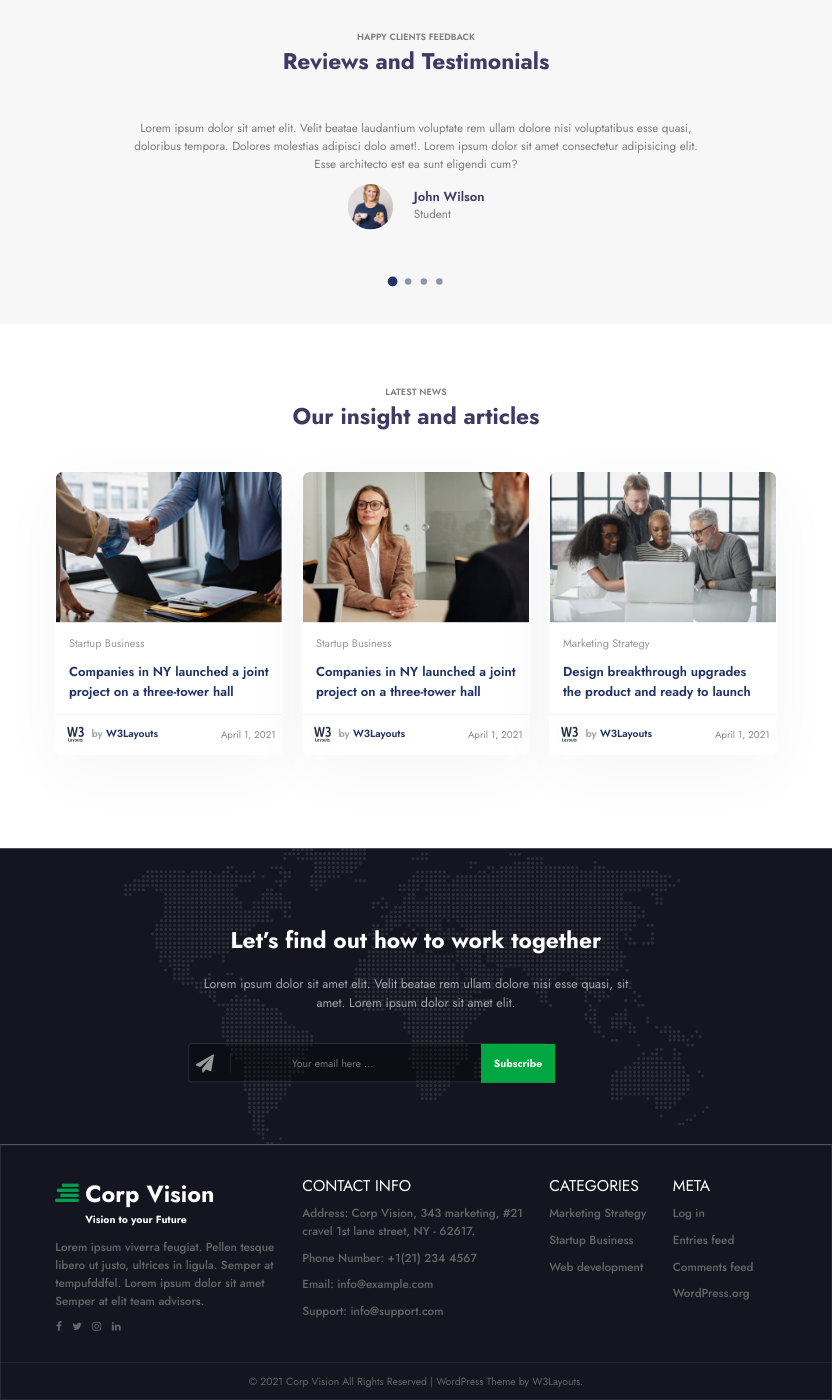
Repository: khaipnp/corpvision
Page: index.html
An editor plug-in stored every save of this project. The page is shown before and after the next save, followed by the edit.
The browser window is 1280 px wide. The pictures show the whole page, at 65% of full size.

Above is the page before, as saved 2021-07-04 17:21:43.

After the next save:
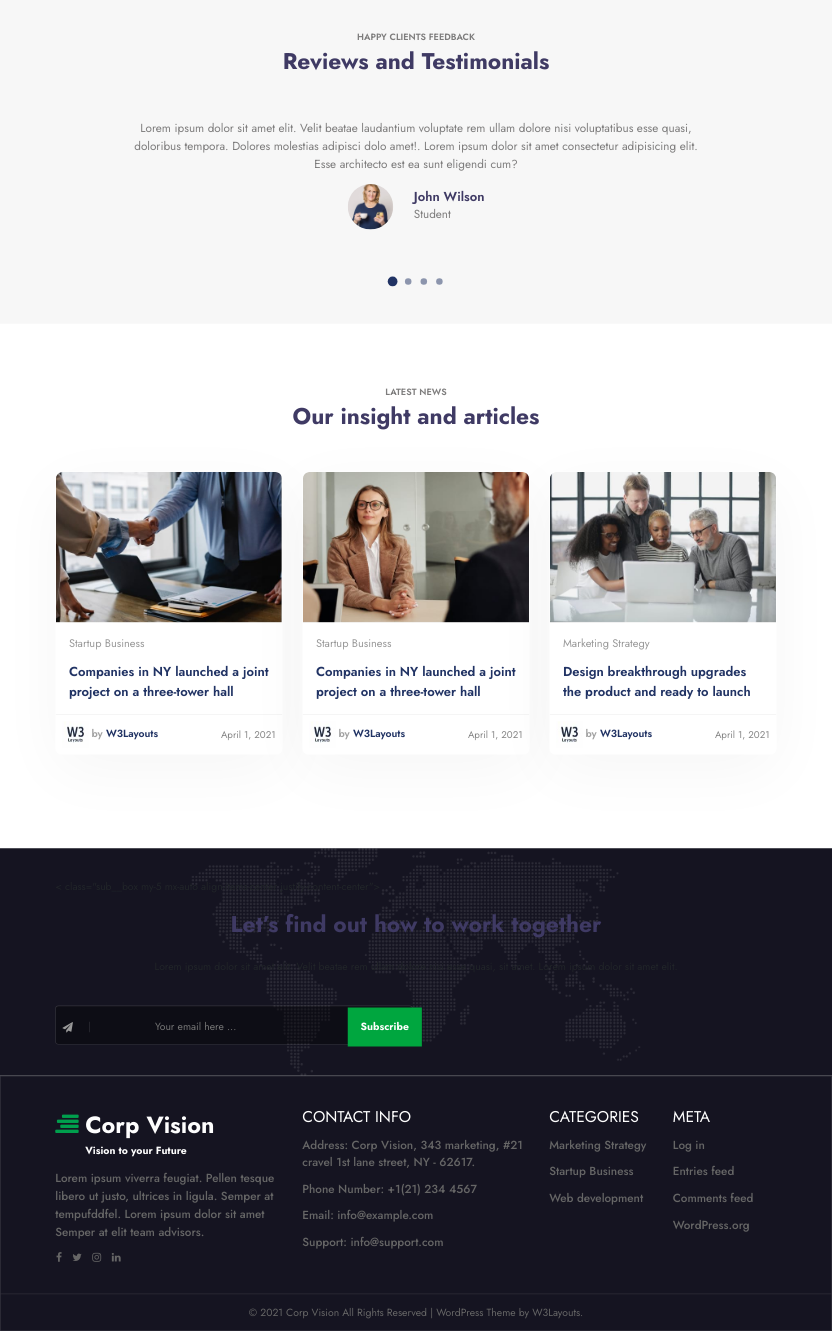
Saved 60 s later.
--- a/index.html
+++ b/index.html
@@ -217,8 +217,8 @@
     </section>
     <div class="subscribe py-5">
       <div class="container">
-        <div class="sub__box my-5 mx-auto align-items-center justify-content-center">
-          <h3 class="big-title py-4 col-12 text-center">Let’s find out how to work together<h3>
+        < class="sub__box my-5 mx-auto align-items-center justify-content-center">
+          <h3 class="big-title py-4 col-12 text-center">Let’s find out how to work together</h3>
           <p class="col-12 text-center">Lorem ipsum dolor sit amet elit. Velit beatae rem ullam dolore nisi esse quasi, sit amet. Lorem ipsum dolor sit amet elit.</p>
           <div class="input__email mt-5">
             <div class="subscribe__box row justify-content-between">

After the save that followed:
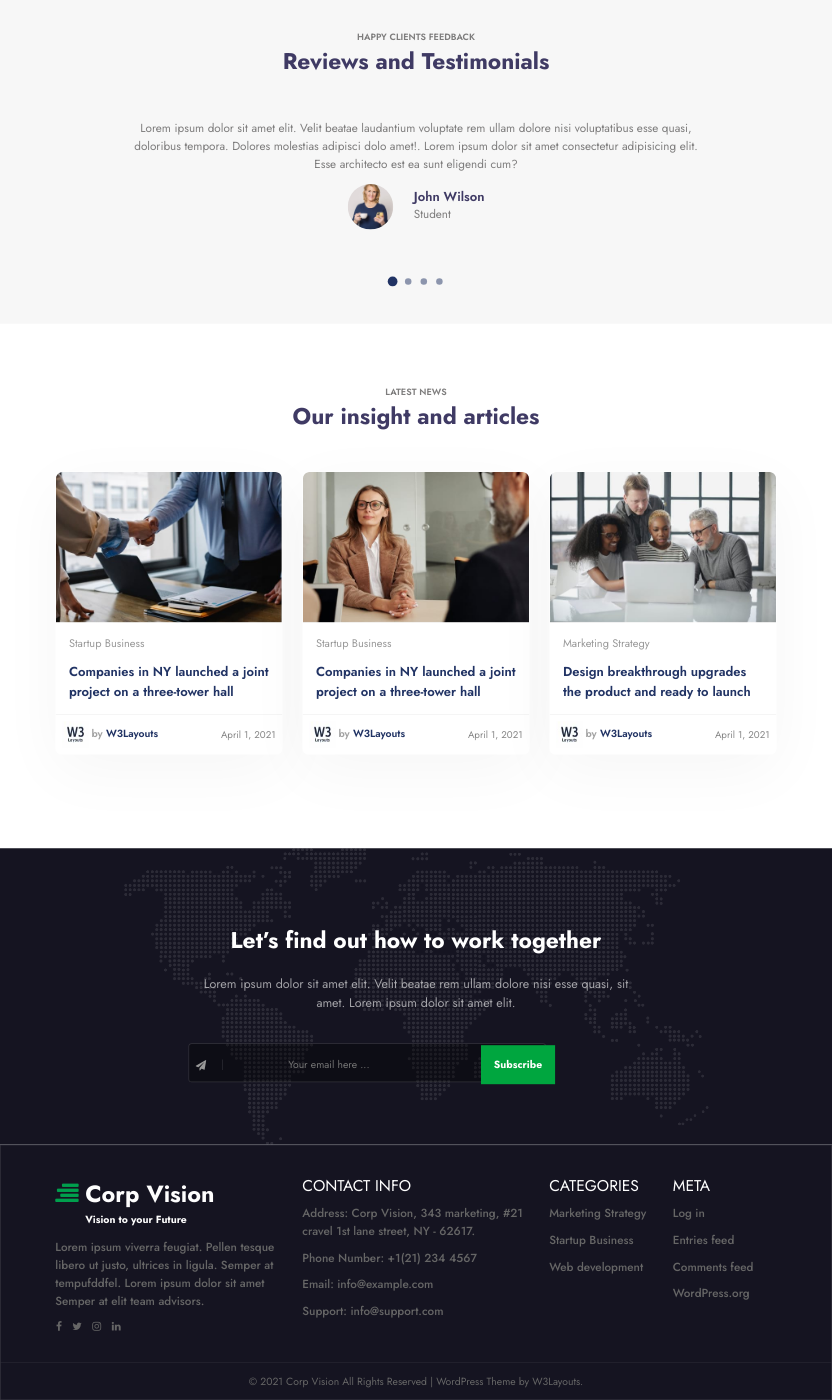
Saved 9 s later.
--- a/index.html
+++ b/index.html
@@ -171,11 +171,16 @@
                 </div>
                 <div class="card__content">
                   <p>Startup Business</p>
-                  <a href="#">Companies in NY launched a joint project on a three-tower
-                    hall</a>
+                  <a href="#"
+                    >Companies in NY launched a joint project on a three-tower
+                    hall</a
+                  >
                 </div>
                 <div class="card__footer">
-                  <span><img src="./img/icon.jpeg" alt="" /> by <a href="#">W3Layouts</a></span>
+                  <span
+                    ><img src="./img/icon.jpeg" alt="" /> by
+                    <a href="#">W3Layouts</a></span
+                  >
                   <p>April 1, 2021</p>
                 </div>
               </div>
@@ -187,11 +192,16 @@
                 </div>
                 <div class="card__content">
                   <p>Startup Business</p>
-                  <a href="#">Companies in NY launched a joint project on a three-tower
-                    hall</a>
+                  <a href="#"
+                    >Companies in NY launched a joint project on a three-tower
+                    hall</a
+                  >
                 </div>
                 <div class="card__footer">
-                  <span><img src="./img/icon.jpeg" alt="" /> by <a href="#">W3Layouts</a></span>
+                  <span
+                    ><img src="./img/icon.jpeg" alt="" /> by
+                    <a href="#">W3Layouts</a></span
+                  >
                   <p>April 1, 2021</p>
                 </div>
               </div>
@@ -203,10 +213,16 @@
                 </div>
                 <div class="card__content">
                   <p>Marketing Strategy</p>
-                  <a href="#">Design breakthrough upgrades the product and ready to launch</a>
+                  <a href="#"
+                    >Design breakthrough upgrades the product and ready to
+                    launch</a
+                  >
                 </div>
                 <div class="card__footer">
-                  <span><img src="./img/icon.jpeg" alt="" /> by <a href="#">W3Layouts</a></span>
+                  <span
+                    ><img src="./img/icon.jpeg" alt="" /> by
+                    <a href="#">W3Layouts</a></span
+                  >
                   <p>April 1, 2021</p>
                 </div>
               </div>
@@ -217,13 +233,26 @@
     </section>
     <div class="subscribe py-5">
       <div class="container">
-        < class="sub__box my-5 mx-auto align-items-center justify-content-center">
-          <h3 class="big-title py-4 col-12 text-center">Let’s find out how to work together</h3>
-          <p class="col-12 text-center">Lorem ipsum dolor sit amet elit. Velit beatae rem ullam dolore nisi esse quasi, sit amet. Lorem ipsum dolor sit amet elit.</p>
+        <div
+          class="
+            sub__box
+            my-5
+            mx-auto
+            align-items-center
+            justify-content-center
+          "
+        >
+          <h3 class="big-title py-4 col-12 text-center">
+            Let’s find out how to work together
+          </h3>
+          <p class="col-12 text-center">
+            Lorem ipsum dolor sit amet elit. Velit beatae rem ullam dolore nisi
+            esse quasi, sit amet. Lorem ipsum dolor sit amet elit.
+          </p>
           <div class="input__email mt-5">
             <div class="subscribe__box row justify-content-between">
               <i class="fa fa-paper-plane"></i>
-              <input type="email" placeholder="Your email here ...">
+              <input type="email" placeholder="Your email here ..." />
               <button>Subscribe</button>
             </div>
           </div>
@@ -235,10 +264,16 @@
         <div class="row">
           <div class="footer__content col-md-6 col-lg-4">
             <div class="logo__footer__content pb-3">
-              <div class="logo__footer"><i class="fa fa-align-right"></i>Corp Vision</div>
+              <div class="logo__footer">
+                <i class="fa fa-align-right"></i>Corp Vision
+              </div>
               <div class="slogan">Vision to your Future</div>
             </div>
-            <p>Lorem ipsum viverra feugiat. Pellen tesque libero ut justo, ultrices in ligula. Semper at tempufddfel. Lorem ipsum dolor sit amet Semper at elit team advisors.</p>
+            <p>
+              Lorem ipsum viverra feugiat. Pellen tesque libero ut justo,
+              ultrices in ligula. Semper at tempufddfel. Lorem ipsum dolor sit
+              amet Semper at elit team advisors.
+            </p>
             <div class="social__network row justify-content-start">
               <i class="fa fa-facebook pl-3"></i>
               <i class="fa fa-twitter pl-3"></i>
@@ -249,16 +284,27 @@
           <div class="footer__content col-md-6 col-lg-4 mt-md-0 mt-5">
             <h4>CONTACT INFO</h4>
             <ul class="list-group list-group-flush">
-              <li class="list-group-item">Address: Corp Vision, 343 marketing, #21 cravel 1st lane street, NY - 62617.</li>
-              <li class="list-group-item">Phone Number: <a href="tel:+1212344567">+1(21) 234 4567</a></li>
-              <li class="list-group-item">Email: <a href="mailto:">info@example.com</a></li>
-              <li class="list-group-item">Support: <a href="mailto:">info@support.com</a></li>
+              <li class="list-group-item">
+                Address: Corp Vision, 343 marketing, #21 cravel 1st lane street,
+                NY - 62617.
+              </li>
+              <li class="list-group-item">
+                Phone Number: <a href="tel:+1212344567">+1(21) 234 4567</a>
+              </li>
+              <li class="list-group-item">
+                Email: <a href="mailto:">info@example.com</a>
+              </li>
+              <li class="list-group-item">
+                Support: <a href="mailto:">info@support.com</a>
+              </li>
             </ul>
           </div>
           <div class="footer__content col-md-6 col-lg-2 mt-lg-0 mt-5">
             <h4>CATEGORIES</h4>
             <ul class="list-group list-group-flush">
-              <li class="list-group-item"><a href="/">Marketing Strategy</a></li>
+              <li class="list-group-item">
+                <a href="/">Marketing Strategy</a>
+              </li>
               <li class="list-group-item"><a href="/">Startup Business</a></li>
               <li class="list-group-item"><a href="/">Web development</a></li>
             </ul>
@@ -274,11 +320,14 @@
           </div>
         </div>
       </div>
-        <div class="copyright text-center pt-3">
-          <div class="container">
-            <p>© 2021 Corp Vision All Rights Reserved | WordPress Theme by W3Layouts.</p>
-          </div>
-        </div>
+      <div class="copyright text-center pt-3">
+        <div class="container">
+          <p>
+            © 2021 Corp Vision All Rights Reserved | WordPress Theme by
+            W3Layouts.
+          </p>
+        </div>
+      </div>
     </footer>
     <!-- SCRIPT -->
     <!-- BOOTSTRAP -->
